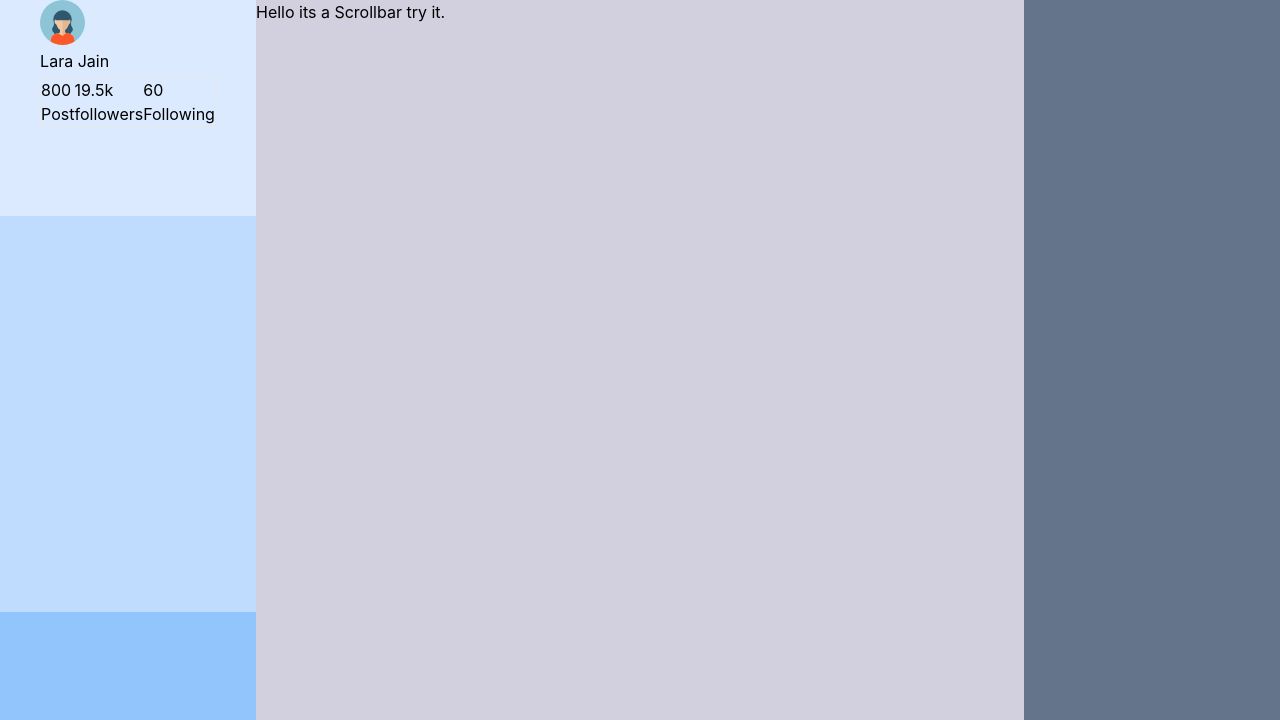
Repository: cosmicswati/upgrad-captions-project
Page: /
An editor plug-in stored every save of this project. The page is shown before and after the next save, followed by the edit.
The browser window is 1280 px wide. The pictures show the whole page.
An inner scrolling area shows only its first screen. The project was rebuilt for these pictures with package versions that can differ from the ones it lists, and the page was loaded fresh each time. Also part of the build but not shown: src/components/Input/index.js, src/components/Button/index.js, src/modules/Authorization/Form.jsx, src/modules/Authorization/index.js.

Above is the page before, as saved 2024-04-09 13:52:46.

After the next save:
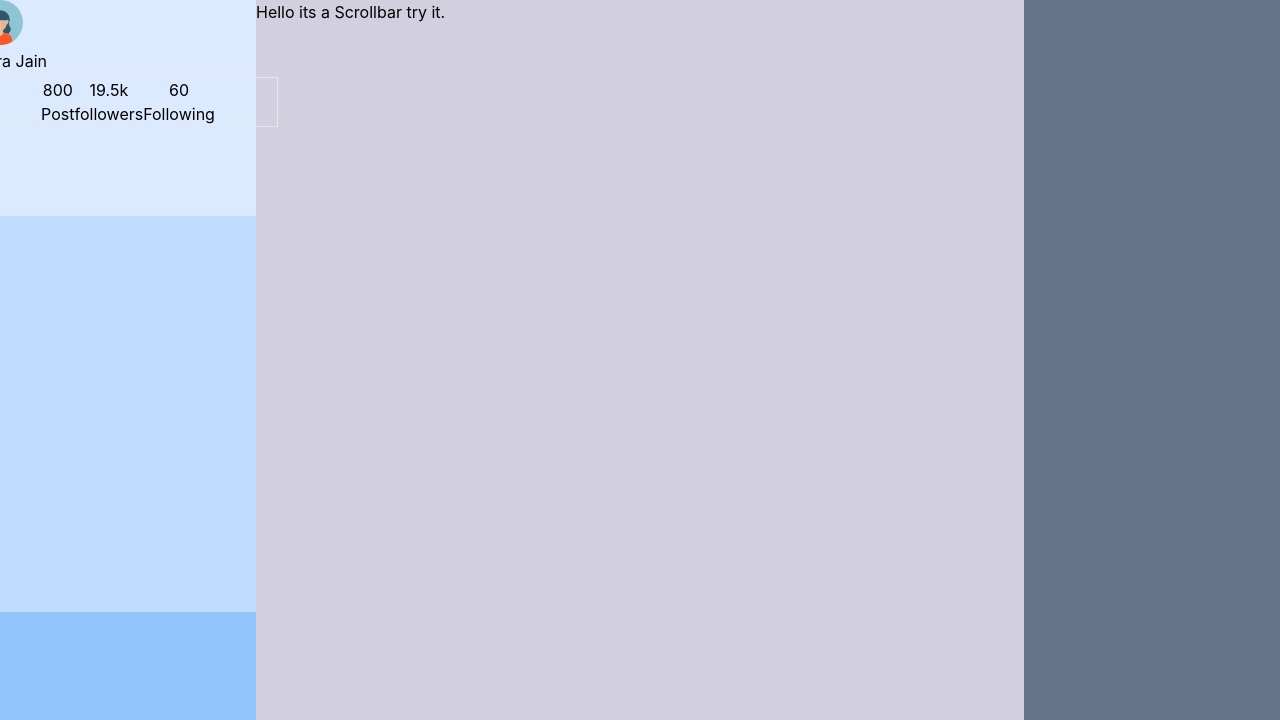
Saved 89 s later.
--- a/src/modules/Home/index.js
+++ b/src/modules/Home/index.js
@@ -9,7 +9,7 @@ const Home = () => {
                 <div>
                     <Avatar width={'45px'} height={'45px'}/>
                     <p className='my-1'>Lara Jain</p>
-                    <div className='border h-[50px] flex justify-center w-full'>
+                    <div className='border h-[50px] flex justify-center w-[300px] text-center'>
                         <div className='flex flex-col justify-center item-center'>
                             <h4>800</h4>
                             <p>Post</p>
